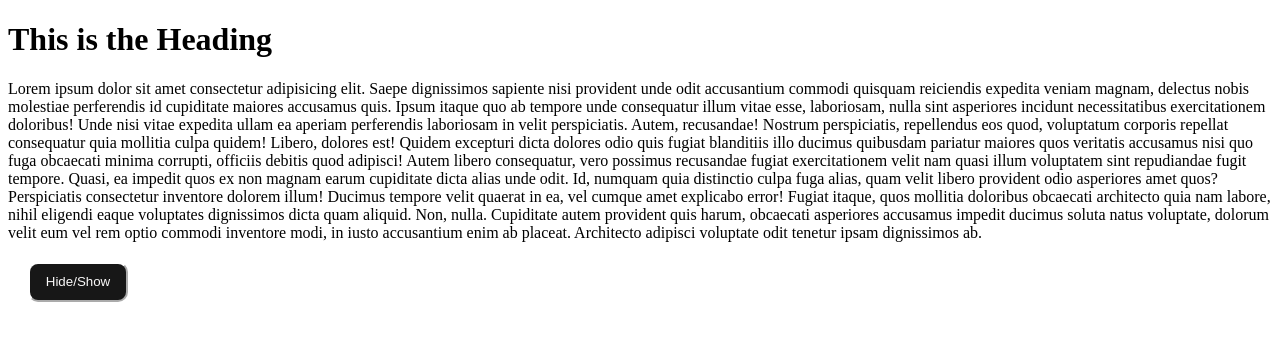
Repository: raisingh22/Simranlearning
Page: html css java/practice/index2.html
The author's editor kept a copy of each file at every save. The page is drawn from the files as they stood at one save, then again after a run of saves.
The browser window is 1280 px wide. The pictures show the whole page.
After loading, the first visible `#btn` was clicked once.

Above is the page before, as saved 2024-01-19 22:23:28.

After the next 4 saves:
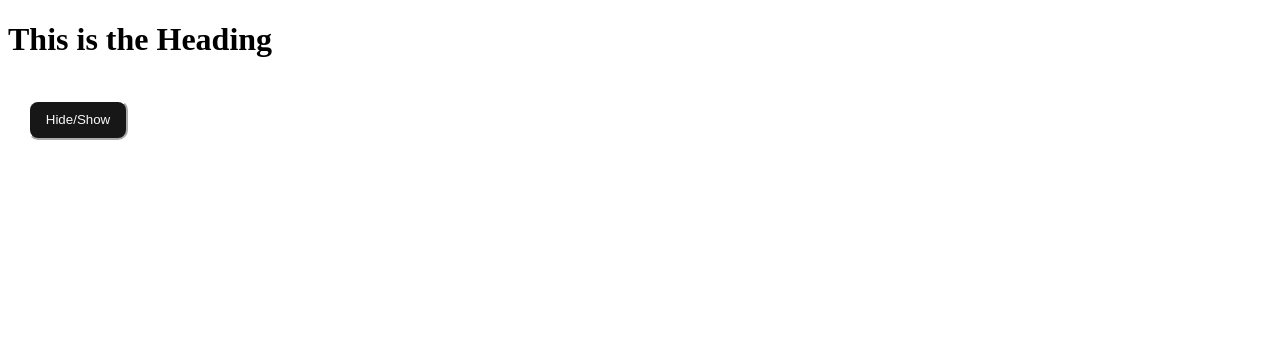
The 4 saves are shown as one change because they came seconds apart.
The last was saved 9 s later.
--- a/html css java/practice/index2.html
+++ b/html css java/practice/index2.html
@@ -52,7 +52,7 @@
         function hide(){
             let btn = document.getElementById('btn');
             let para = document.getElementById('parah');
-            para.style.display
+            para.style.display= 'none';
         }
     </script>
 

After the 2 saves that followed:
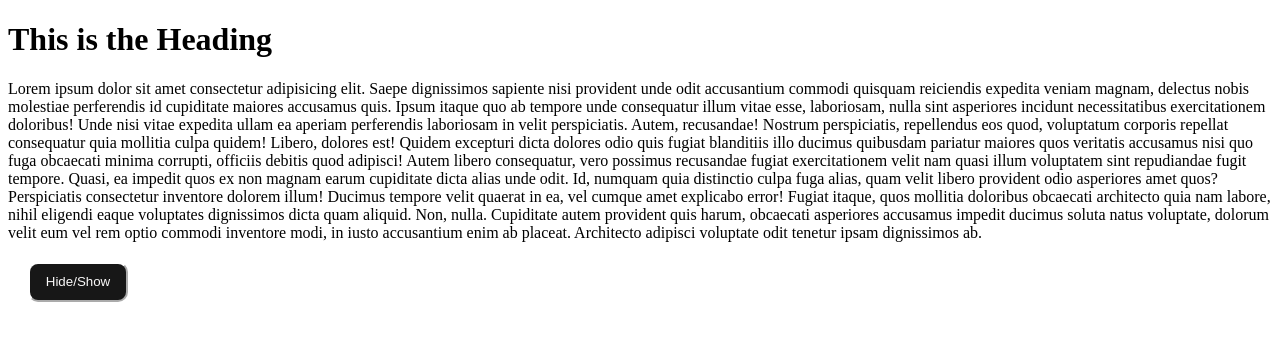
Console error: SyntaxError: Unexpected identifier 'para'
The 2 saves are shown as one change because they came seconds apart.
The last was saved 53 s later.
--- a/html css java/practice/index2.html
+++ b/html css java/practice/index2.html
@@ -52,6 +52,7 @@
         function hide(){
             let btn = document.getElementById('btn');
             let para = document.getElementById('parah');
+            if
             para.style.display= 'none';
         }
     </script>
